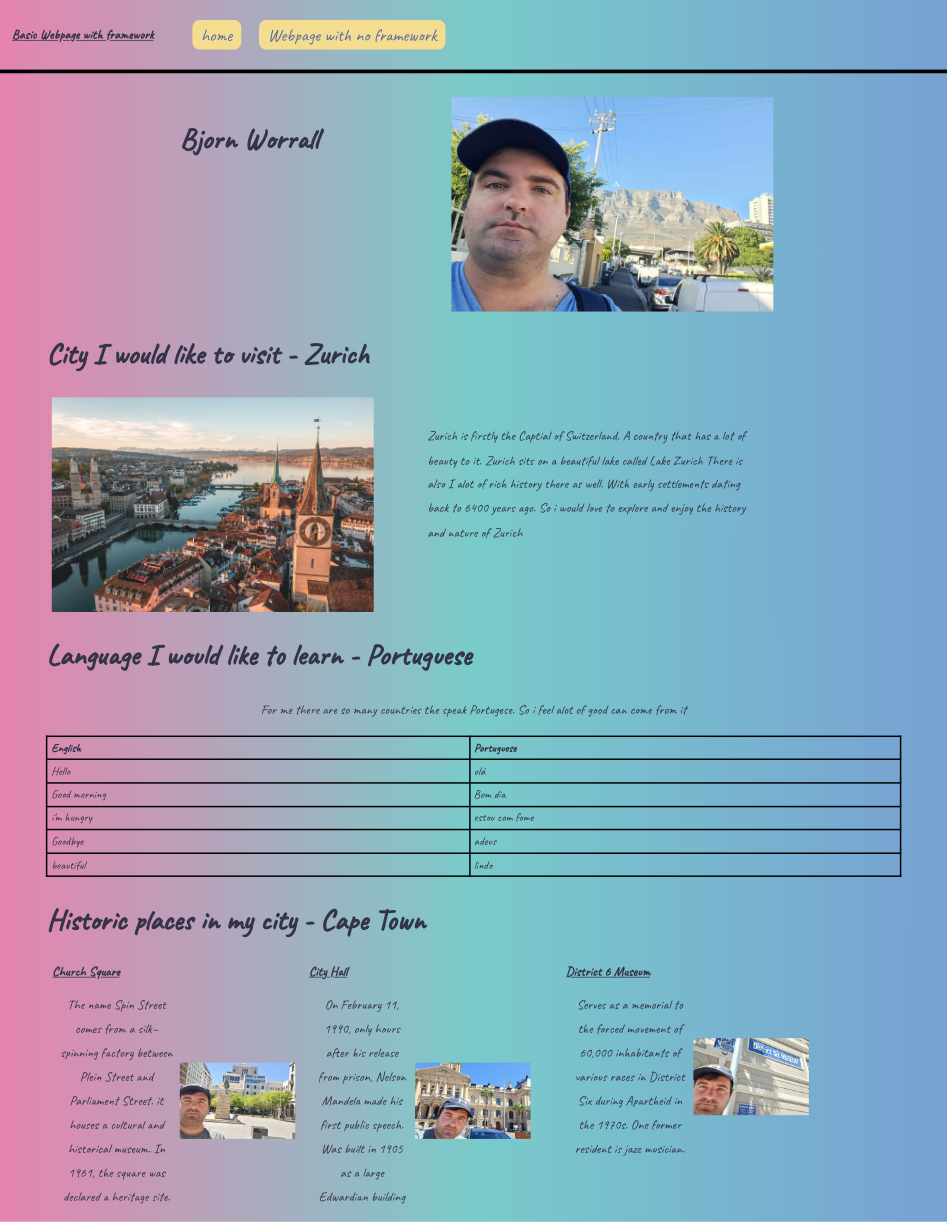
Repository: lasity34/basic-webpage
Page: my - webpage - grid.html
An editor plug-in stored every save of this project. The page is shown before and after the next save, followed by the edit.
The browser window is 1280 px wide. The pictures show the whole page, at 74% of full size.

Above is the page before, as saved 2023-03-07 14:35:04.

After the next save:
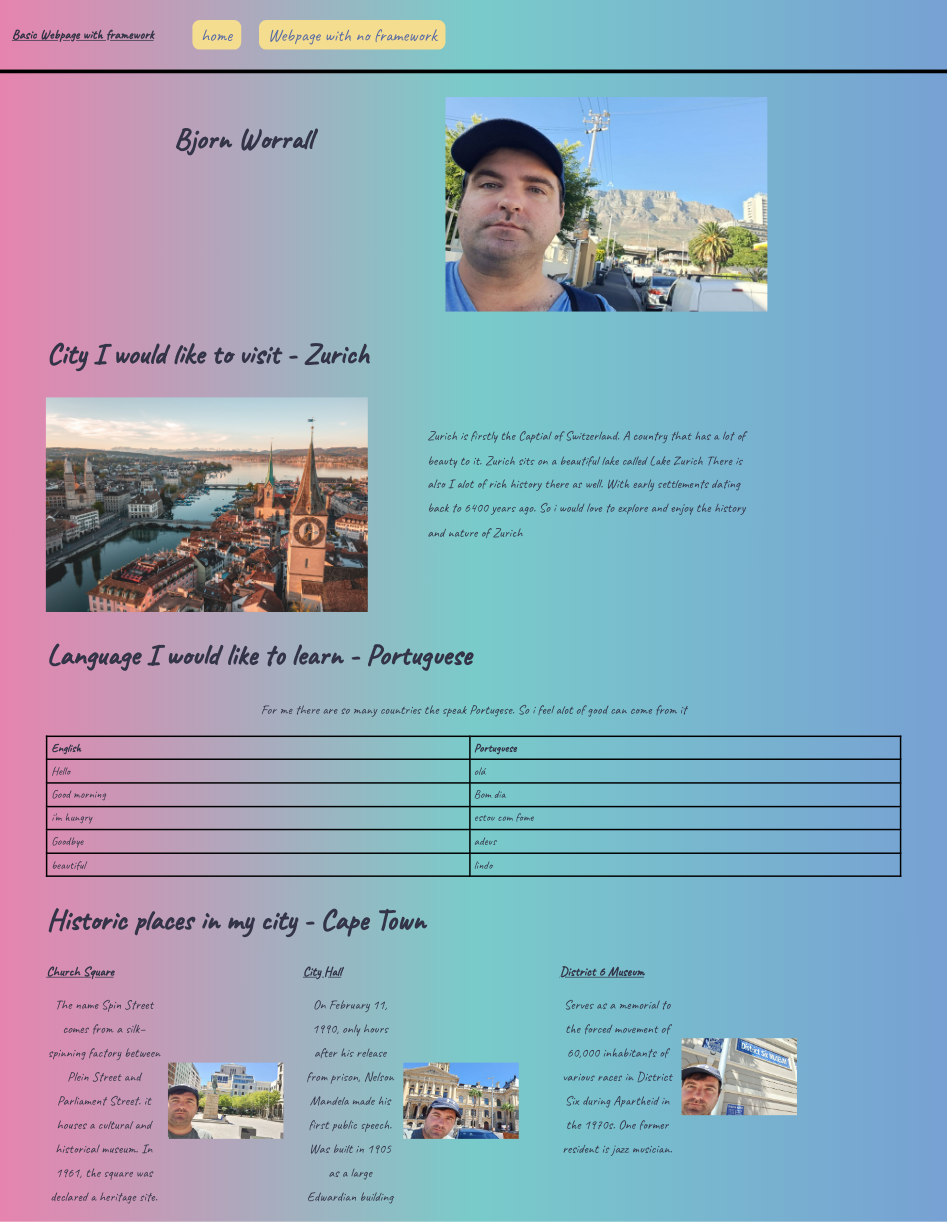
Saved 63 s later.
--- a/simple-grid.css
+++ b/simple-grid.css
@@ -112,7 +112,7 @@
 
 .row [class^="col"] {
   float: left;
-  margin-left: 0.5em;
+  margin-right: 0.5em;
   min-height: 0.125rem;
 }
 

After the save that followed:
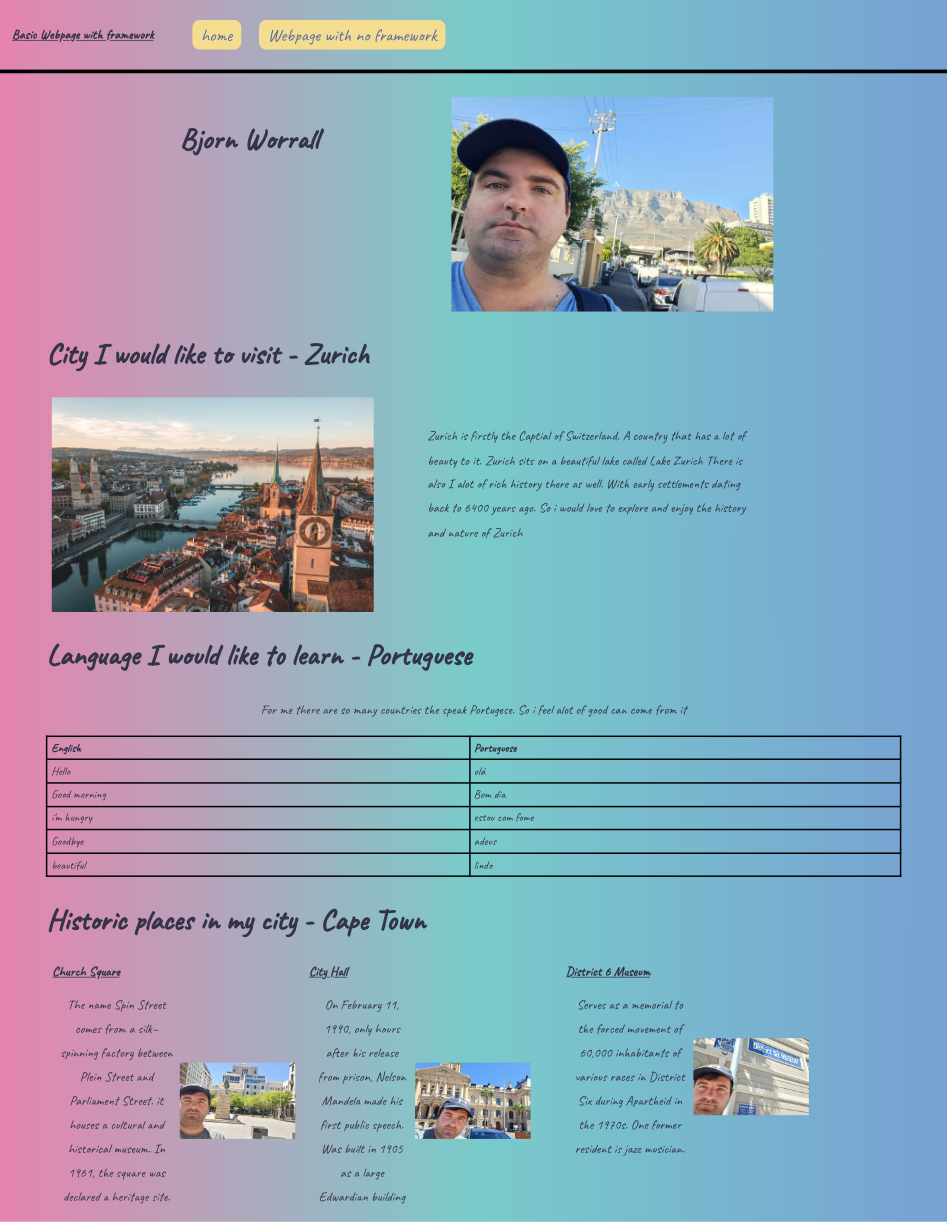
Saved 15 s later.
--- a/simple-grid.css
+++ b/simple-grid.css
@@ -112,7 +112,7 @@
 
 .row [class^="col"] {
   float: left;
-  margin-right: 0.5em;
+  margin-left: 0.5em;
   min-height: 0.125rem;
 }
 
